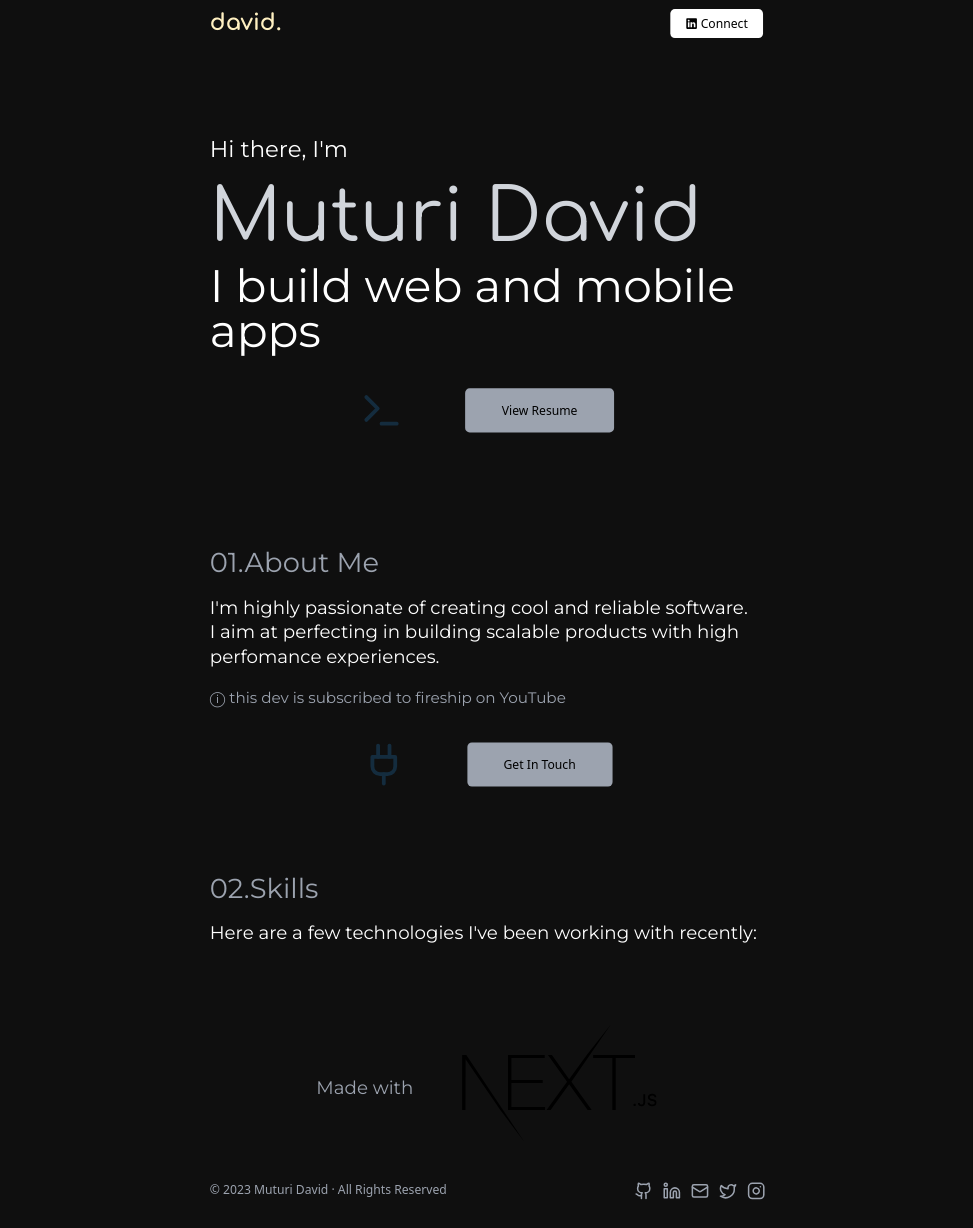
Repository: tushcmd/tushdev-portfolio
Page: /
An editor plug-in stored every save of this project. The page is shown before and after the next save, followed by the edit.
The browser window is 1280 px wide. The pictures show the whole page, at 76% of full size.
The project was rebuilt for these pictures with package versions that can differ from the ones it lists, and the page was loaded fresh each time. The framework's server and built-in components were replaced by stand-ins that run in the browser. Also part of the build but not shown: next.config.js.

Above is the page before, as saved 2023-12-16 02:36:40.

After the next save:
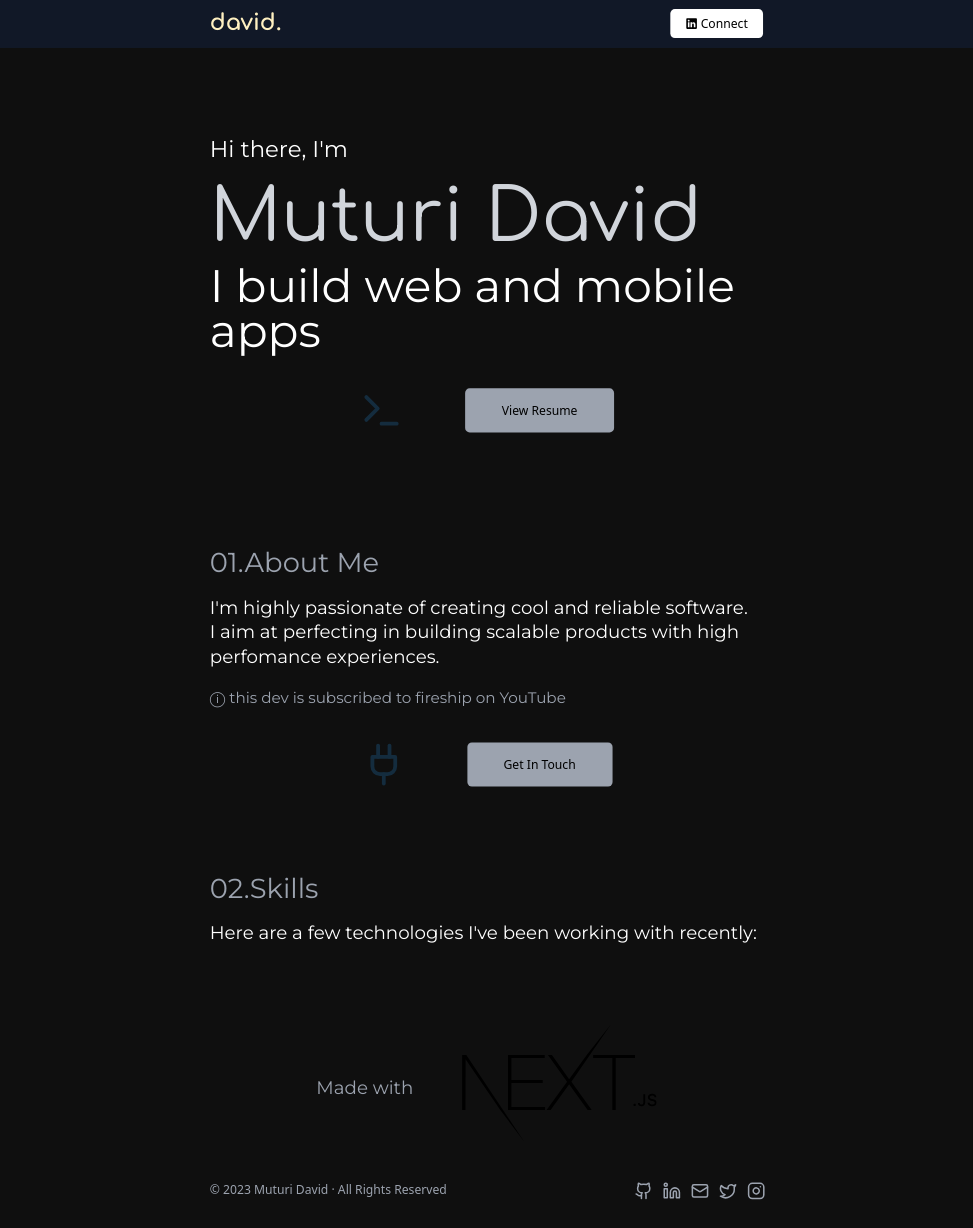
Saved 37 s later.
--- a/app/ui/nav.tsx
+++ b/app/ui/nav.tsx
@@ -26,7 +26,7 @@ export default function Navbar() {
   }, []);
 
   return (
-    <header id='header' className='fixed flex justify-center items-center w-full z-50 t-0 bg-[#0F0F0F]'>
+    <header id='header' className='fixed flex justify-center items-center w-full z-50 t-0 bg-gray-900'>
       <div className='flex items-start md:max-w-3xl py-3 w-full md:px-5 px-5 justify-between'>
         <Link
           href='/'
